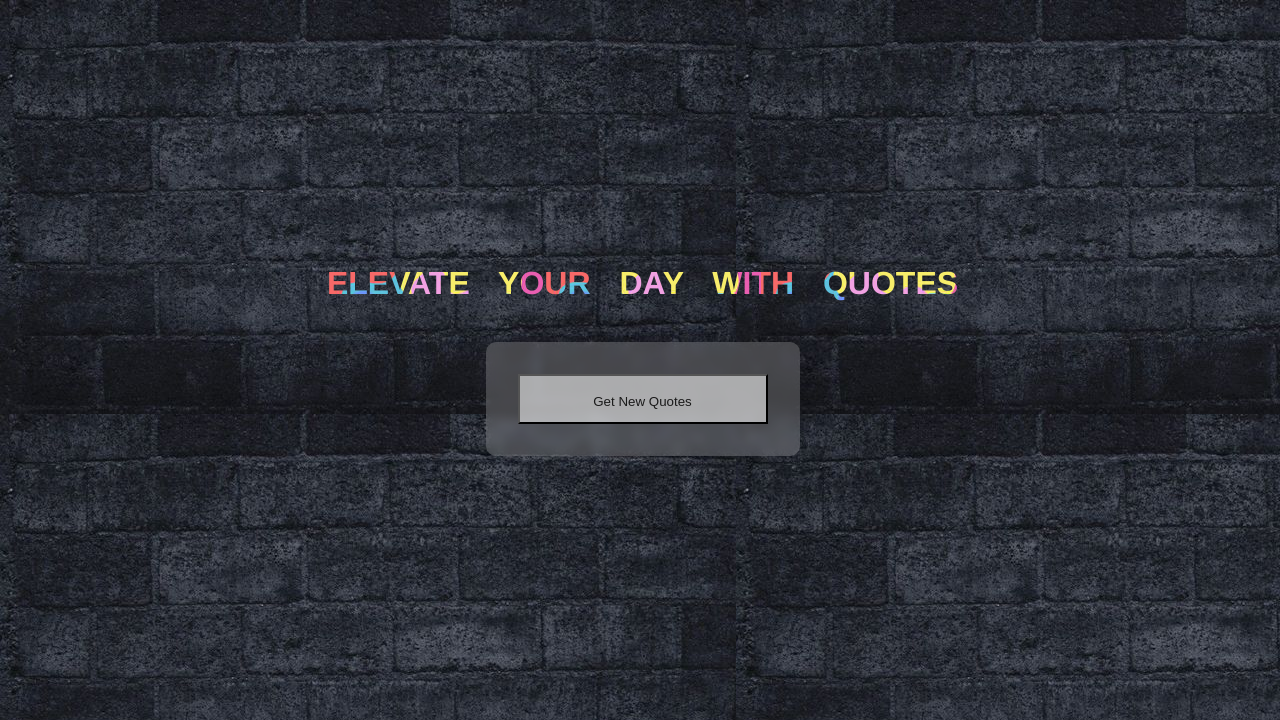
Repository: Bhavik-Sanghar/Quote-app
Page: /
These files come from the project's save history. The page is drawn as it stood at one moment and after the next save; the edit follows.
The browser window is 1280 px wide. The pictures show the whole page.
The page's requests for data from a server got no answer. The project was rebuilt for these pictures with package versions that can differ from the ones it lists, and the page was loaded fresh each time. No one was signed in, and anything a server would have sent is missing. Also part of the build but not shown: src/styles.css.

Above is the page before, as saved 2023-08-18 15:56:15.

### src/App.js
import React from 'react';
import './styles.css';
import QuoteComponent from './components/NewQuote'

function App() {
  return (
    <div className="App">

      <QuoteComponent/>


    </div>
  );
}

export default App;

### src/components/NewQuote.js
import React, { useEffect, useState } from "react";
import axios from "axios";
import './New.css'

const QuoteComponent = () => {
  const [quotes, setQuotes] = useState([]);
  const category = "inspirational";
  const apiKey = "EgtS4gqLsbjvHM2bBjKwBA==PYmsGLFQFXQzq0Na";

  useEffect(() => {
    fetchQuotes();
  }, []);

  const fetchQuotes = async () => {
    try {
      const response = await axios.get(
        `https://api.api-ninjas.com/v1/quotes?category=${category}&limit=1`, // Fetching 5 quotes
        {
          headers: { "X-Api-Key": apiKey },
        }
      );
      setQuotes(response.data);
    } catch (error) {
      console.error("Error: ", error);
    }
  };

  const handleFetchNewQuotes = () => {
    fetchQuotes();
  };

  return (
    <div className="quote-container">
      <h1>Elevate Your Day with Quotes</h1>
      <div className="card-container">
        {quotes.map((quote, index) => (
          <div key={index} className="card">
            <p className="quote-text">{quote.quote}</p>
            <p className="author">- {quote.author}</p>
          </div>
        ))} <button className="btn btn-one" onClick={handleFetchNewQuotes}>
           Get New Quotes
      </button>
      </div>
    </div>
  );
};

export default QuoteComponent;

### src/components/New.css
.quote-container {
  padding: auto;
  padding-left: 5px;
  display: flex;
  flex-direction: column;
  justify-content: center;
  align-items: center;
  min-height: 100vh;
  background-color: black;
  background-image: url(./bg.jpg);
  transition: background-image 0.5s ease-in-out; /* Add transition for smooth image change */
  color: white;
  position: relative; /* Required for positioning pseudo-element */
  overflow: hidden; /* Hide overflowing pseudo-element content */
}

.quote-container h1 {
  z-index: 2;
  margin: 20px;
  background-image: url(./h1.jpg);
  background-repeat: repeat;
  opacity: 0;
  -webkit-background-clip: text;
  -webkit-text-fill-color: transparent;
  text-align: center;
  word-spacing: 20px;
  font-weight: bold;
  text-transform: uppercase;
  font-family: "Steelfish Rg", "helvetica neue";
  font-weight: 800;
  -webkit-font-smoothing: antialiased;
  transition: background-color 0.3s ease-in-out;
  animation: fadeInHeading 2s ease-in-out 0.5s forwards;
}

.card:hover {
  /* Example animation - scale up on hover */
  transform: scale(1.05);
  transition: transform 0.3s ease-in-out;
}

.author:hover {
  /* Example animation - change text color on hover */
  color: #00e5ff; /* Change to your desired color */
  transition: color 0.3s ease-in-out;
}
.quote-container h1:hover {
  font-size: 2.2em;
  transition: font-size 0.3s ease-in-out;
}

.fetch-button {
  position: absolute;
  margin-top: 40px;
  bottom: 20px; /* Adjust to your preference */
  right: 20px; /* Adjust to your preference */
  background-color: transparent;
  border: none;
  color: white;
  cursor: pointer;
  font-size: 16px;
  padding: 10px 20px;
  border-radius: 5px;
  transition: background-color 0.3s ease-in-out;
}

.fetch-button:hover {
  background-color: rgba(255, 255, 255, 0.1);
}

.card-container {
  z-index: 2;
  margin: 20px;
  backdrop-filter: blur(5px);
  background-color: hsla(0, 0%, 100%, 0.2);
  border-radius: 10px;
  padding: 2rem;
  font-size: larger;
  font-family: "Times New Roman", Times, serif;
  opacity: 0; /* Set initial opacity to 0 */
  animation: fadeInQuotes 3s ease-in-out 1s forwards,
    fadeInBackground 3s ease-in-out 1s forwards;
  position: relative; /* Ensure proper z-index behavior */
}

@keyframes fadeInHeading {
  from {
    opacity: 0;
    transform: translateY(-20px);
  }
  to {
    opacity: 1;
    transform: translateY(0);
  }
}

@keyframes fadeInQuotes {
  from {
    opacity: 0;
    transform: translateY(20px);
  }
  to {
    opacity: 1;
    transform: translateY(0);
  }
}

@keyframes fadeInBackground {
  from {
    opacity: 0;
  }
  to {
    opacity: 1;
  }
}

.btn {
  line-height: 50px;
  height: 50px;
  text-align: center;
  width: 250px;
  cursor: pointer;
}

.btn-one {
  background-color:rgba(255,255,255,0.5);
  transition: all 0.3s;
  position: relative;
}
.btn-one span {
  transition: all 0.3s;
}
.btn-one::before {
  content: '';
  position: absolute;
  bottom: 0;
  left: 0;
  width: 100%;
  height: 100%;
  z-index: 1;
  opacity: 0;
  transition: all 0.3s;
  border-top-width: 1px;
  border-bottom-width: 1px;
  border-top-style: solid;
  border-bottom-style: solid;
  border-top-color: rgba(255,255,255,0.5);
  border-bottom-color: rgba(255,255,255,0.5);
  transform: scale(0.1, 1);
}
.btn-one:hover span {
  letter-spacing: 2px;
}
.btn-one:hover::before {
  opacity: 1;
  transform: scale(1, 1);
}
.btn-one::after {
  content: '';
  position: absolute;
  bottom: 0;
  left: 0;
  width: 100%;
  height: 100%;
  z-index: 1;
  transition: all 0.3s;
  background-color: rgba(255,255,255,0.1);
}
.btn-one:hover::after {
  opacity: 0;
  transform: scale(0.1, 1);
}

Loaded but not shown: public/index.html (common file); src/index.js (common file); src/index.css (common file); src/reportWebVitals.js (common file)

After the next save:
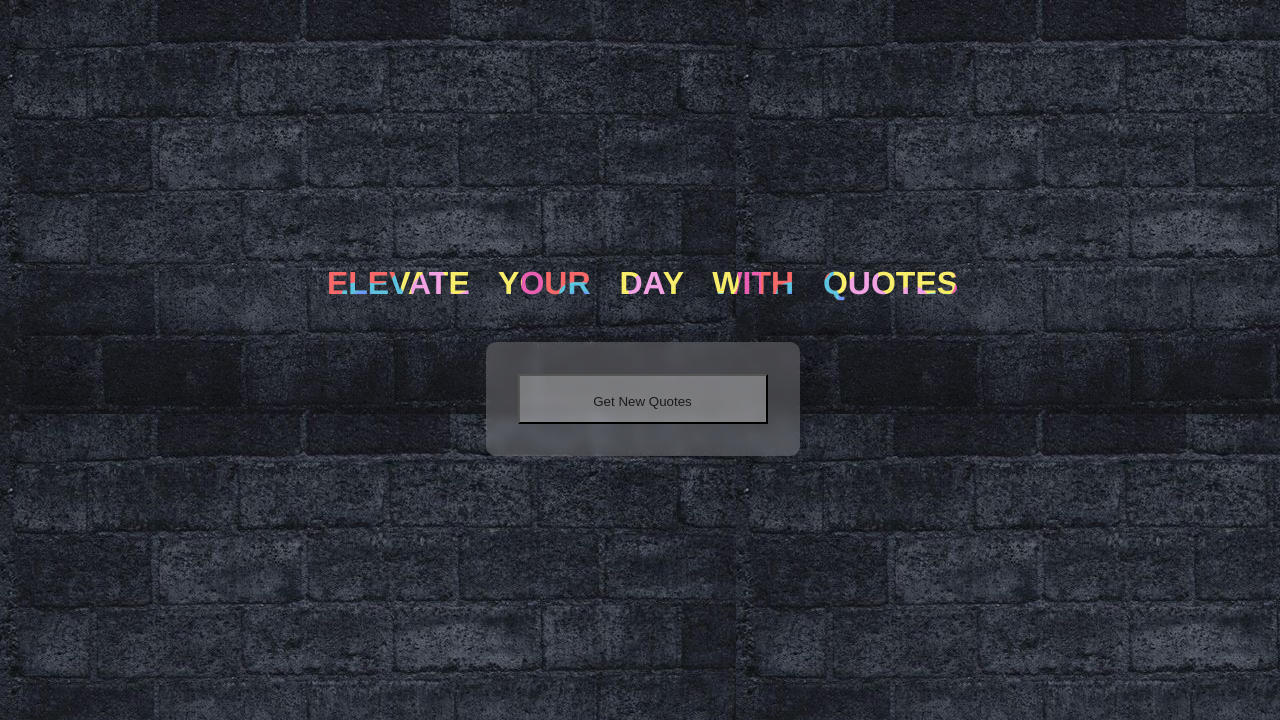
Saved 22 s later.
--- a/src/components/New.css
+++ b/src/components/New.css
@@ -123,8 +123,7 @@
 }
 
 .btn-one {
-  background-color:rgba(255,255,255,0.5);
-  transition: all 0.3s;
+  background-color: hsla(0, 0%, 100%, 0.2);  transition: all 0.3s;
   position: relative;
 }
 .btn-one span {
